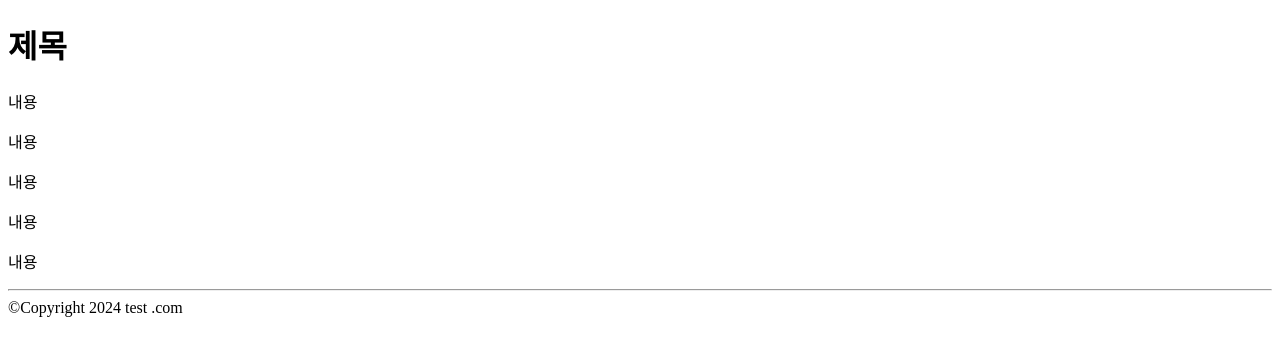
Repository: jinliuli/SIST_server
Page: http://localhost/JSPTest/ex03.jsp
The author's editor kept a copy of each file at every save. The page is drawn from the files as they stood at one save, then again after the next save.
The browser window is 1280 px wide. The pictures show the whole page.
The page is served by Tomcat 9.

Above is the page before, as saved 2024-09-13 07:06:58.

After the next save:
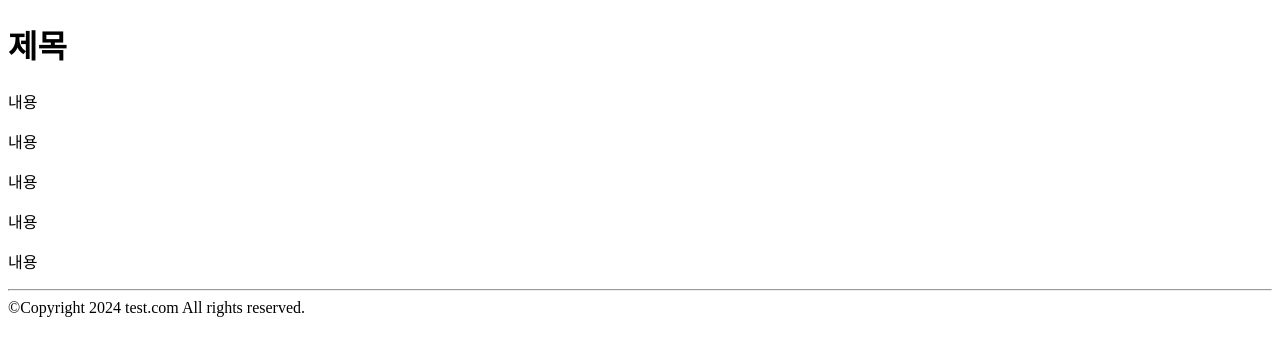
Saved 37 s later.
--- a/JSPTest/src/main/webapp/ex03.jsp
+++ b/JSPTest/src/main/webapp/ex03.jsp
@@ -18,7 +18,7 @@
 
 	<hr>
 	<div>
-		&copy;Copyright 2024 test .com
+		&copy;Copyright 2024 test.com All rights reserved.
 	</div>
 
 </body>
